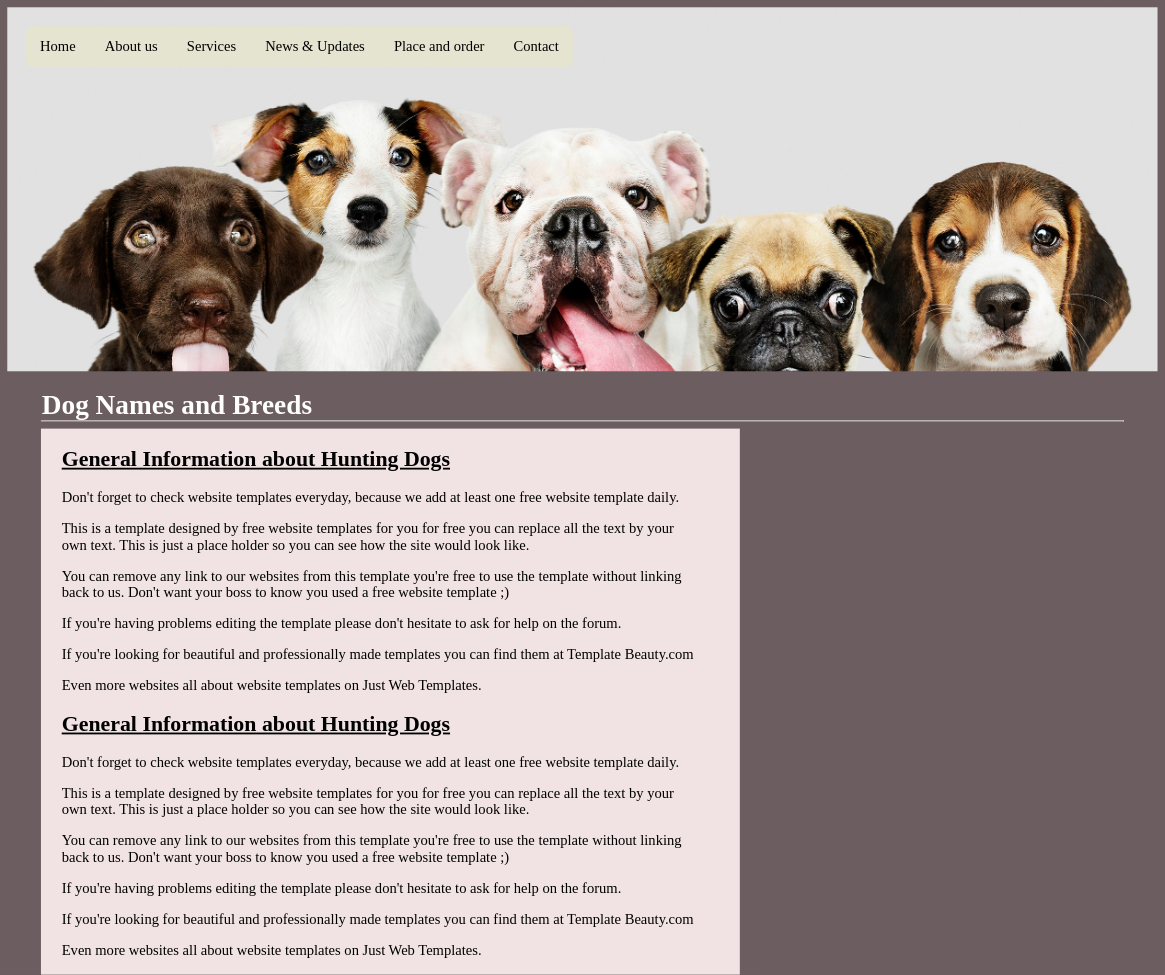
Repository: Tayma-Kazmouz/labwork
Page: index.html
The author's editor kept a copy of each file at every save. The page is drawn from the files as they stood at one save, then again after the next save.
The browser window is 1280 px wide. The pictures show the whole page, at 91% of full size.

Above is the page before, as saved 2022-04-04 16:51:49.

After the next save:
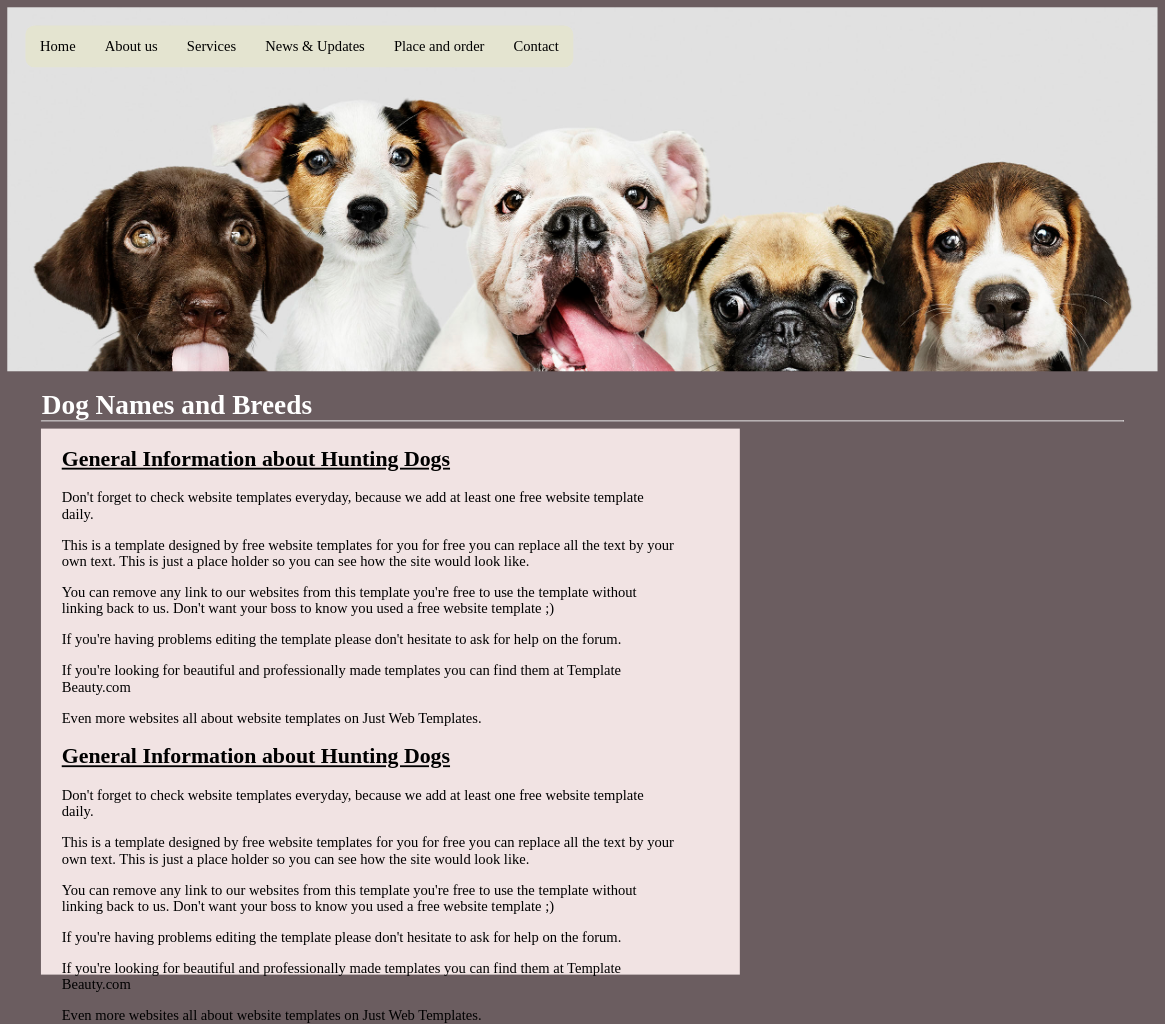
Saved 29 s later.
--- a/styles.css
+++ b/styles.css
@@ -56,10 +56,10 @@ h1{
 h2{
     text-decoration: underline;
     padding-left: 3%;
-    padding-right: 6%;
+    padding-right: 9%;
 }
 
 p{
     padding-left: 3%;
-    padding-right: 6%;
+    padding-right: 9%;
 }
